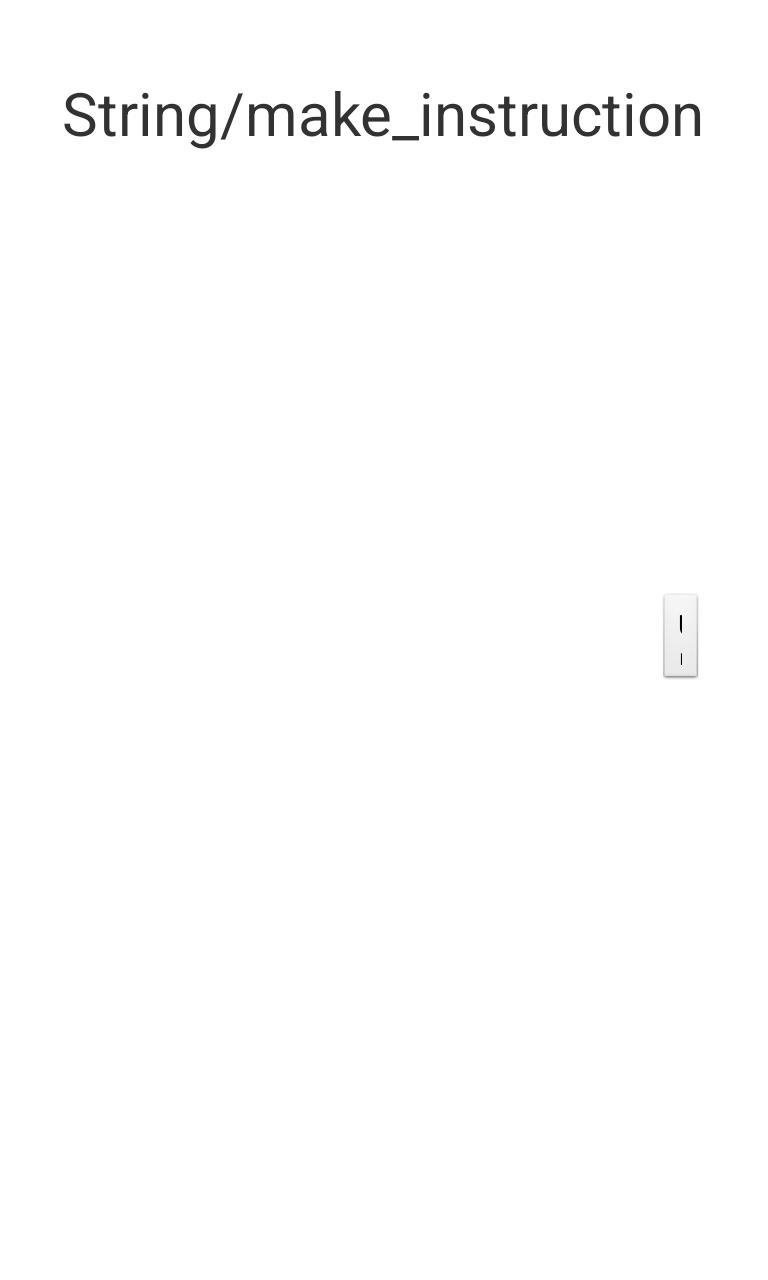
Repository: Hawaiii/filterapp
Layout: android/Filter/res/layout/activity_make.xml
These files come from the project's save history. The layout is drawn as it stood at one moment and after the next save; the edit follows.
It is drawn on a 768 x 1280 px phone screen (xhdpi) without system bars, with theme AppTheme; the app's code is not run.

Above is the layout before, as saved 2015-01-31 20:28:47.

### android/Filter/res/layout/activity_make.xml
<RelativeLayout xmlns:android="http://schemas.android.com/apk/res/android"
    xmlns:tools="http://schemas.android.com/tools"
    android:layout_width="match_parent"
    android:layout_height="match_parent"
    android:paddingBottom="@dimen/activity_vertical_margin"
    android:paddingLeft="@dimen/activity_horizontal_margin"
    android:paddingRight="@dimen/activity_horizontal_margin"
    android:paddingTop="@dimen/activity_vertical_margin"
    tools:context=".MainActivity" >

    <TextView
        android:id="@+id/textView1"
        android:layout_width="wrap_content"
        android:layout_height="wrap_content"
        android:layout_alignParentTop="true"
        android:layout_centerHorizontal="true"
        android:layout_marginTop="20dp"
        android:gravity="center"
        android:text="String/make_instruction"
        android:textSize="30dp" />

    <Button
        android:id="@+id/upload"
        android:layout_width="wrap_content"
        android:layout_height="wrap_content"
        android:layout_alignRight="@+id/textView1"
        android:layout_centerVertical="true"
        android:height="10dp"
        android:text="Upload a Picture"
        android:width="10dp" />

</RelativeLayout>

### android/Filter/res/values/colors.xml
<?xml version="1.0" encoding="utf-8"?>
<resources>
    <color name="light_brown">#B9B9B7</color>
    <color name="light_grey">#E9E9E9</color>
    <color name="grey">#7D838C</color>
    <color name="light_green">#AFEED3</color>
    <color name="white">#FFFFFF</color>
    <color name="pinky_pink">#FCE2DC</color>
    <color name="legit_gray">#E7E6E9</color>
    <color name="red">#e74c3c</color>
</resources>

Loaded but not shown: android/Filter/res/values-v11/styles.xml (common file); android/Filter/res/values-v14/styles.xml (common file); android/Filter/res/values/styles.xml (common file); android/Filter/res/values/dimens.xml (common file)

After the next save:
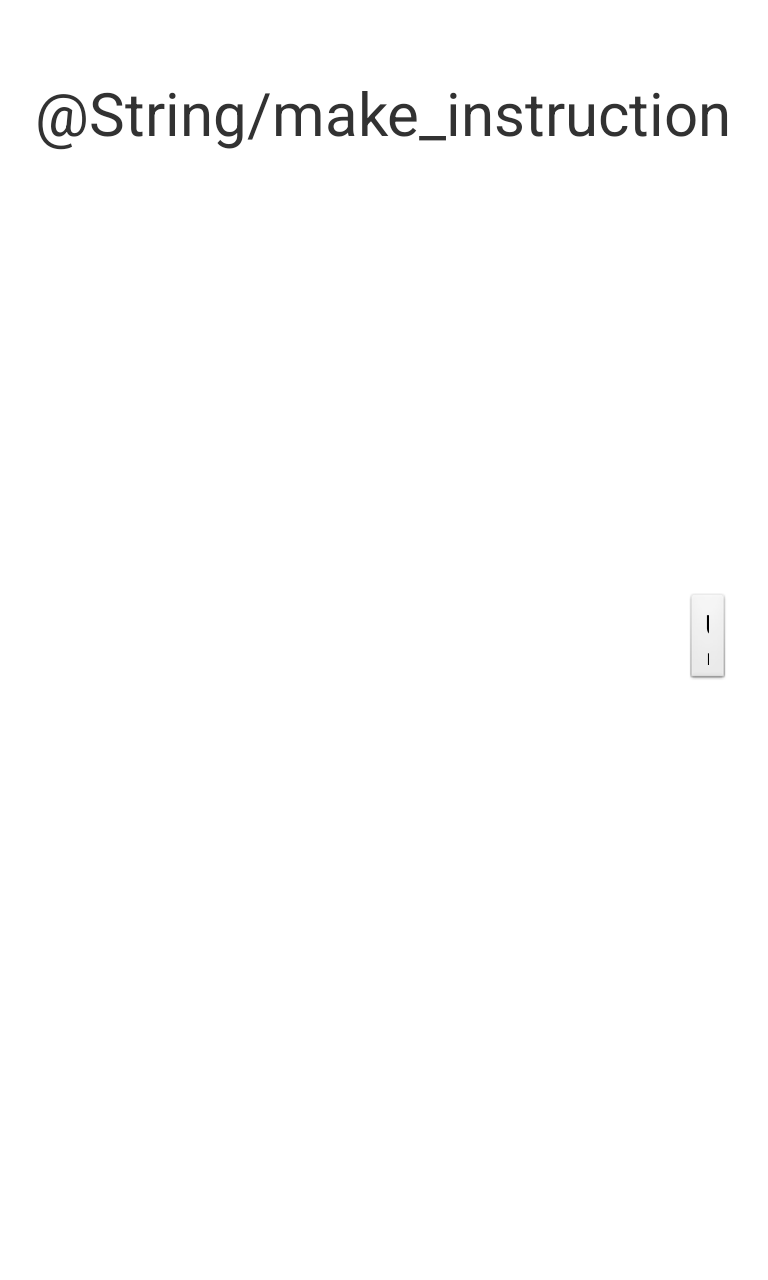
Saved 5 s later.
--- a/android/Filter/res/layout/activity_make.xml
+++ b/android/Filter/res/layout/activity_make.xml
@@ -16,7 +16,7 @@
         android:layout_centerHorizontal="true"
         android:layout_marginTop="20dp"
         android:gravity="center"
-        android:text="String/make_instruction"
+        android:text="@String/make_instruction"
         android:textSize="30dp" />
 
     <Button
